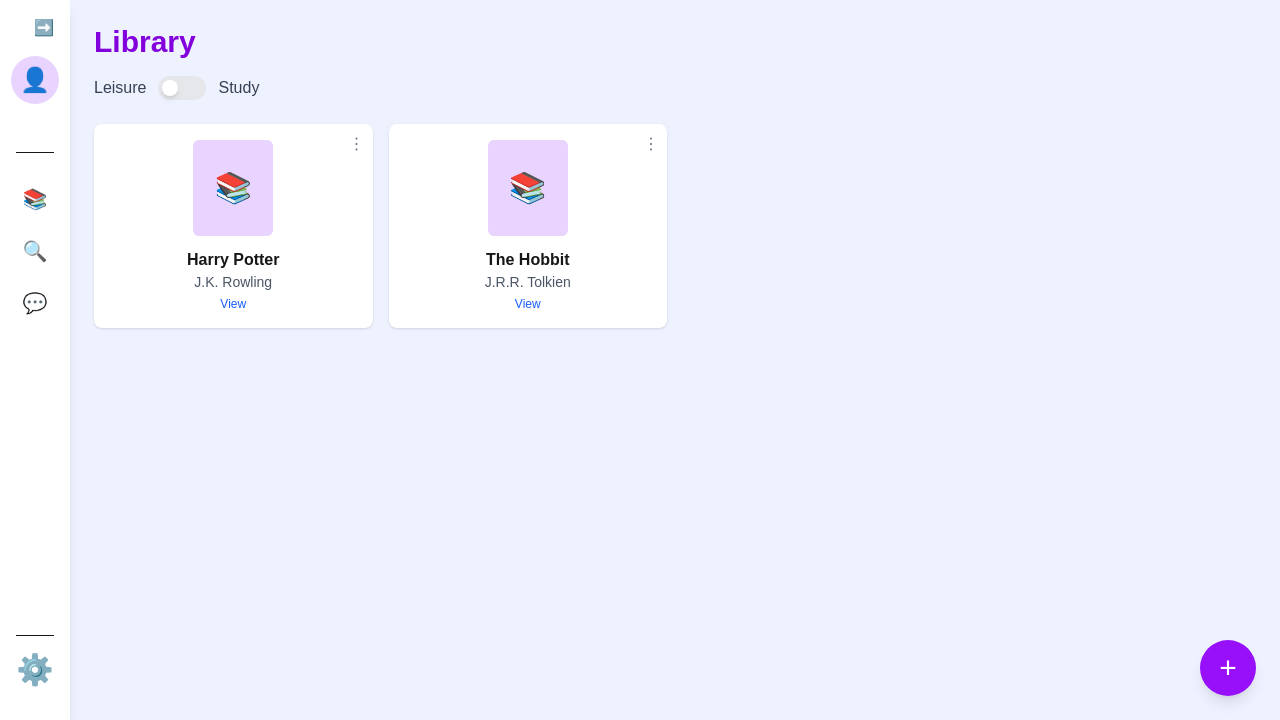
Repository: ramosfranz/bookie
Page: /dashboard
An editor plug-in stored every save of this project. The page is shown before and after the next save, followed by the edit.
The browser window is 1280 px wide. The pictures show the whole page.
The project was rebuilt for these pictures with package versions that can differ from the ones it lists, and the page was loaded fresh each time. The framework's server and built-in components were replaced by stand-ins that run in the browser. Also part of the build but not shown: next.config.ts.

Above is the page before, as saved 2025-11-20 15:16:28.

### src/app/layout.tsx
import type { Metadata } from "next";
import { Geist, Geist_Mono } from "next/font/google";
import "./globals.css";

const geistSans = Geist({
  variable: "--font-geist-sans",
  subsets: ["latin"],
});

const geistMono = Geist_Mono({
  variable: "--font-geist-mono",
  subsets: ["latin"],
});

export const metadata: Metadata = {
  title: "Bookie",
  description: "Generated by create next app",
};

export default function RootLayout({
  children,
}: Readonly<{
  children: React.ReactNode;
}>) {
  return (
    <html lang="en">
      <body
        className={`${geistSans.variable} ${geistMono.variable} antialiased`}
      >
        {children}
      </body>
    </html>
  );
}

### src/app/dashboard/page.tsx
"use client";

import { useState } from "react";
import Sidebar from "../components/Sidebar";

// Hardcoded dummy user
const dummyUser = {
  id: "00000000-0000-0000-0000-000000000001",
  email: "test@example.com",
  username: "TestUser",
};

// Dummy libraries
const initialResearchLibrary = [
  { id: "1", title: "Deep Learning Paper", authors: ["Ian Goodfellow"], url: "https://example.com/dl-paper.pdf" },
  { id: "2", title: "Phishing Detection Study", authors: ["Alice Smith"], url: "https://example.com/phishing-study.pdf" },
];

const initialLeisureLibrary = [
  { id: "1", title: "Harry Potter", authors: ["J.K. Rowling"], url: "https://example.com/harry-potter" },
  { id: "2", title: "The Hobbit", authors: ["J.R.R. Tolkien"], url: "https://example.com/the-hobbit" },
];

export default function Dashboard() {
  const user = dummyUser;

  const [activeTab, setActiveTab] = useState<"dashboard" | "discover" | "chat">("dashboard");
  const [libraryTab, setLibraryTab] = useState<"leisure" | "research">("leisure");
  const [researchLibrary, setResearchLibrary] = useState(initialResearchLibrary);
  const [leisureLibrary, setLeisureLibrary] = useState(initialLeisureLibrary);
  const [formTitle, setFormTitle] = useState("");
  const [formAuthors, setFormAuthors] = useState("");
  const [formUrl, setFormUrl] = useState("");
  const [editingId, setEditingId] = useState<string | null>(null);
  const [showModal, setShowModal] = useState(false);
  const [activeDropdown, setActiveDropdown] = useState<string | null>(null);
  const [confirmDelete, setConfirmDelete] = useState<{ id: string; title: string } | null>(null);

  const currentLibrary = libraryTab === "research" ? researchLibrary : leisureLibrary;
  const setCurrentLibrary = libraryTab === "research" ? setResearchLibrary : setLeisureLibrary;

  // Add or edit
  const handleSubmit = (e: React.FormEvent) => {
    e.preventDefault();
    if (!formTitle.trim()) return;

    const authorsArray = formAuthors.split(",").map((a) => a.trim());

    if (editingId) {
      setCurrentLibrary((prev) =>
        prev.map((item) =>
          item.id === editingId
            ? { ...item, title: formTitle, authors: authorsArray, url: formUrl }
            : item
        )
      );
    } else {
      const newItem = {
        id: Math.random().toString(36).substr(2, 9),
        title: formTitle,
        authors: authorsArray,
        url: formUrl,
      };
      setCurrentLibrary((prev) => [...prev, newItem]);
    }

    setFormTitle("");
    setFormAuthors("");
    setFormUrl("");
    setEditingId(null);
    setShowModal(false);
  };

  // Delete
  const handleDelete = (id: string) => {
    setCurrentLibrary((prev) => prev.filter((item) => item.id !== id));
  };

  // Edit
  const handleEdit = (item: { id: string; title: string; authors: string[]; url: string }) => {
    setEditingId(item.id);
    setFormTitle(item.title);
    setFormAuthors(item.authors.join(", "));
    setFormUrl(item.url);
    setShowModal(true);
  };

  return (
    <div className="min-h-screen bg-indigo-50 flex">
      {/* Sidebar */}
      <Sidebar activeTab={activeTab} user={user} />

      {/* Main content */}
      <main className="flex-1 p-6 relative">
        <h1 className="text-3xl font-bold text-purple-700 mb-4">Library</h1>

        {/* Library Toggle */}
        <div className="flex items-center mb-6">
          <span className="mr-3 text-gray-700">Leisure</span>
          <label className="relative inline-flex items-center cursor-pointer">
            <input
              type="checkbox"
              value=""
              className="sr-only peer"
              checked={libraryTab === "research"}
              onChange={() =>
                setLibraryTab(libraryTab === "research" ? "leisure" : "research")
              }
            />
            <div className="w-12 h-6 bg-gray-200 peer-focus:outline-none rounded-full peer peer-checked:bg-purple-600 transition-all"></div>
            <div
              className={`absolute left-1 top-1 w-4 h-4 bg-white rounded-full shadow-md transition-transform ${
                libraryTab === "research" ? "translate-x-6" : ""
              }`}
            ></div>
          </label>
          <span className="ml-3 text-gray-700">Study</span>
        </div>

        {/* Grid view */}
        <div className="grid grid-cols-2 sm:grid-cols-3 md:grid-cols-4 gap-4">
          {currentLibrary.map((item) => (
            <div
              key={item.id}
              className="relative p-4 bg-white rounded-lg shadow flex flex-col items-center hover:shadow-md transition"
            >
              {/* Book settings */}
              <div className="absolute top-2 right-2">
                <div className="relative inline-block text-left">
                  <button
                    className="text-gray-500 hover:text-gray-700"
                    onClick={() => setActiveDropdown(item.id)}
                  >
                    ⋮
                  </button>

                  {activeDropdown === item.id && (
                    <div className="origin-top-right absolute right-0 mt-2 w-28 rounded-md shadow-lg bg-white ring-1 ring-black ring-opacity-5 z-50">
                      <div className="py-1">
                        <button
                          onClick={() => {
                            handleEdit(item);
                            setActiveDropdown(null);
                          }}
                          className="w-full text-left px-4 py-2 text-sm text-gray-700 hover:bg-gray-100"
                        >
                          Edit
                        </button>
                        <button
                          onClick={() => {
                            setConfirmDelete({ id: item.id, title: item.title });
                            setActiveDropdown(null);
                          }}
                          className="w-full text-left px-4 py-2 text-sm text-red-600 hover:bg-gray-100"
                        >
                          Delete
                        </button>
                      </div>
                    </div>
                  )}
                </div>
              </div>

              {/* Book icon */}
              {item.url ? (
                <a
                  href={item.url}
                  target="_blank"
                  rel="noopener noreferrer"
                  className="w-16 h-20 sm:w-20 sm:h-24 bg-purple-200 rounded-md mb-3 flex items-center justify-center text-3xl hover:bg-purple-300 transition"
                >
                  📚
                </a>
              ) : (
                <div className="w-16 h-20 sm:w-20 sm:h-24 bg-purple-200 rounded-md mb-3 flex items-center justify-center text-3xl">
                  📚
                </div>
              )}

              <strong className="text-center text-sm sm:text-base">{item.title}</strong>
              <p className="text-xs sm:text-sm text-gray-600 text-center">{item.authors.join(", ")}</p>

              {item.url && (
                <a
                  href={item.url}
                  target="_blank"
                  rel="noopener noreferrer"
                  className="text-blue-600 text-xs mt-1 hover:underline"
                >
                  View
                </a>
              )}
            </div>
          ))}
        </div>

        {/* Floating + Button */}
        <button
          className="fixed bottom-6 right-6 w-14 h-14 bg-purple-600 text-white text-3xl rounded-full shadow-lg hover:bg-purple-700 transition flex items-center justify-center"
          onClick={() => setShowModal(true)}
        >
          +
        </button>

        {/* Modal and Confirm Delete omitted for brevity */}
      </main>
    </div>
  );
}

### src/app/components/Sidebar.tsx
"use client";

import { useState } from "react";
import Link from "next/link";

export default function Sidebar({ activeTab, user }) {
  const [isCollapsed, setIsCollapsed] = useState(true);


  return (
    <aside
      className={`${
        isCollapsed ? "w-[70px]" : "w-[180px]"
      } bg-white shadow-lg p-4 flex flex-col items-center transition-all duration-300`}
    >
      {/* Collapse Button */}
      <button
        onClick={() => setIsCollapsed(!isCollapsed)}
        className="self-end text-gray-500 hover:text-gray-700 mb-4"
      >
        {isCollapsed ? "➡️" : "⬅️"}
      </button>

      {/* Profile Section */}
      <div className="mb-8 flex flex-col items-center">
        <div className="w-12 h-12 bg-purple-200 rounded-full flex items-center justify-center text-2xl">
          👤
        </div>
        {!isCollapsed && (
          <p className="mt-3 font-semibold text-purple-700">{user.username}</p>
        )}
      </div>

      <div className="w-full border-t my-4"></div>

      {/* Tabs */}
      <nav className="flex flex-col items-center gap-6 mt-4">

        {/* Library (Leisure + Study) */}
        <Link
          href="/dashboard"
          className={`flex flex-col items-center text-xl ${
            activeTab === "dashboard"
              ? "text-purple-600"
              : "text-gray-500 hover:text-gray-700"
          }`}
        >
          📚
          {!isCollapsed && <span className="text-sm mt-1">Library</span>}
        </Link>

        {/* Discover */}
        <Link
          href="/discover"
          className={`flex flex-col items-center text-xl ${
            activeTab === "discover"
              ? "text-purple-600"
              : "text-gray-500 hover:text-gray-700"
          }`}
        >
          🔍
          {!isCollapsed && <span className="text-sm mt-1">Discover</span>}
        </Link>

        {/* Chat */}
        <Link
          href="/chat"
          className={`flex flex-col items-center text-xl ${
            activeTab === "chat"
              ? "text-purple-600"
              : "text-gray-500 hover:text-gray-700"
          }`}
        >
          💬
          {!isCollapsed && <span className="text-sm mt-1">Chat</span>}
        </Link>
      </nav>

      <div className="w-full border-t my-4 mt-auto"></div>

      <button className="text-gray-500 hover:text-gray-700 text-3xl mb-4">
        ⚙️
      </button>
    </aside>
  );
}

Loaded but not shown: src/app/globals.css (common file)

After the next save:
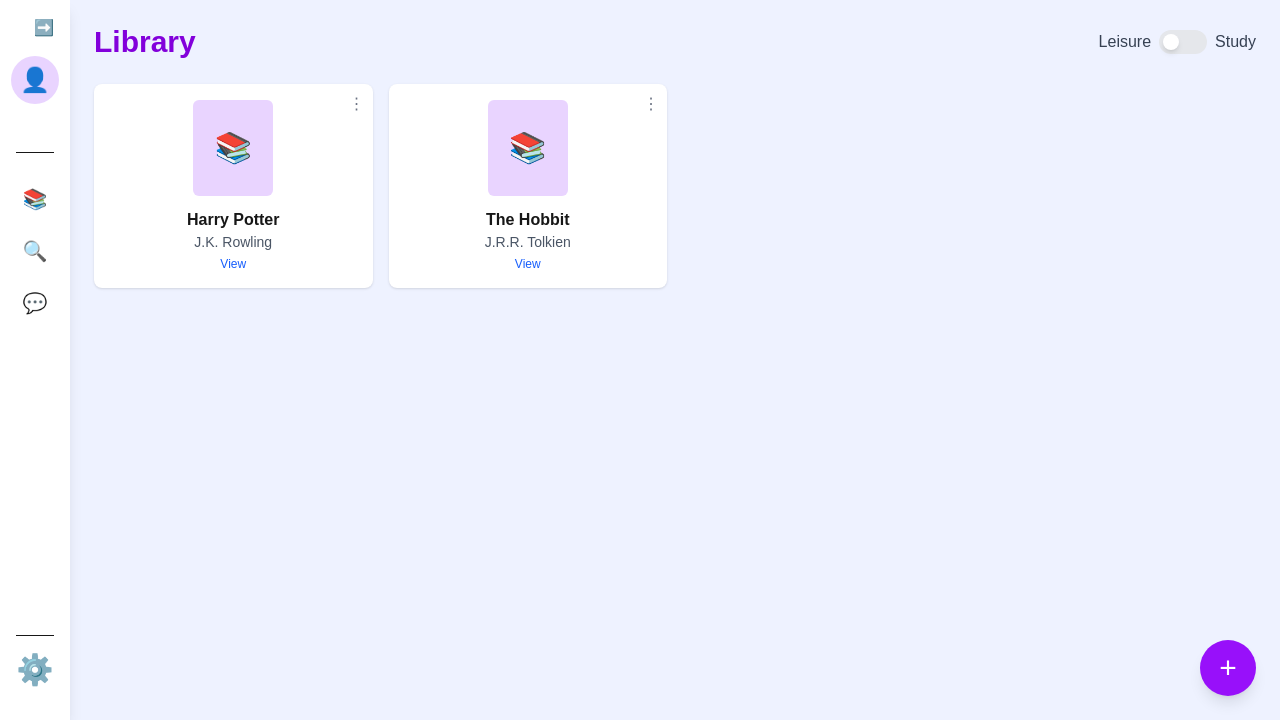
Saved 65 s later.
--- a/src/app/dashboard/page.tsx
+++ b/src/app/dashboard/page.tsx
@@ -92,30 +92,34 @@
 
       {/* Main content */}
       <main className="flex-1 p-6 relative">
-        <h1 className="text-3xl font-bold text-purple-700 mb-4">Library</h1>
-
-        {/* Library Toggle */}
-        <div className="flex items-center mb-6">
-          <span className="mr-3 text-gray-700">Leisure</span>
-          <label className="relative inline-flex items-center cursor-pointer">
-            <input
-              type="checkbox"
-              value=""
-              className="sr-only peer"
-              checked={libraryTab === "research"}
-              onChange={() =>
-                setLibraryTab(libraryTab === "research" ? "leisure" : "research")
-              }
-            />
-            <div className="w-12 h-6 bg-gray-200 peer-focus:outline-none rounded-full peer peer-checked:bg-purple-600 transition-all"></div>
-            <div
-              className={`absolute left-1 top-1 w-4 h-4 bg-white rounded-full shadow-md transition-transform ${
-                libraryTab === "research" ? "translate-x-6" : ""
-              }`}
-            ></div>
-          </label>
-          <span className="ml-3 text-gray-700">Study</span>
-        </div>
+       {/* Header with toggle */}
+<div className="flex items-center justify-between mb-6">
+  {/* Title */}
+  <h1 className="text-3xl font-bold text-purple-700">Library</h1>
+
+  {/* Leisure / Study Toggle */}
+  <div className="flex items-center gap-2">
+    <span className="text-gray-700">Leisure</span>
+    <label className="relative inline-flex items-center cursor-pointer">
+      <input
+        type="checkbox"
+        className="sr-only peer"
+        checked={libraryTab === "research"}
+        onChange={() =>
+          setLibraryTab(libraryTab === "research" ? "leisure" : "research")
+        }
+      />
+      <div className="w-12 h-6 bg-gray-200 peer-focus:outline-none rounded-full peer peer-checked:bg-purple-600 transition-all"></div>
+      <div
+        className={`absolute left-1 top-1 w-4 h-4 bg-white rounded-full shadow-md transition-transform ${
+          libraryTab === "research" ? "translate-x-6" : ""
+        }`}
+      ></div>
+    </label>
+    <span className="text-gray-700">Study</span>
+  </div>
+</div>
+
 
         {/* Grid view */}
         <div className="grid grid-cols-2 sm:grid-cols-3 md:grid-cols-4 gap-4">
